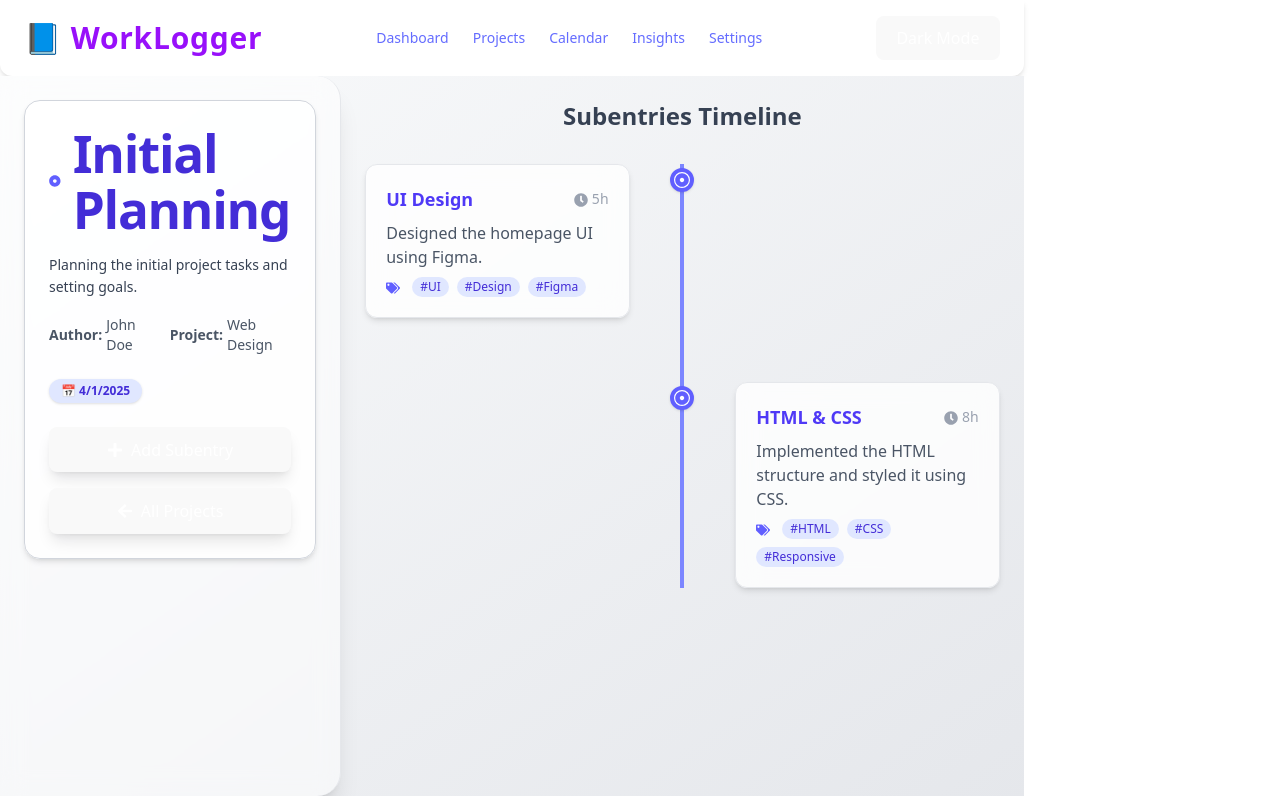
Repository: mohitagrawal0412/Workify
Page: /entryDetails (app in client/)
These files come from the project's save history. The page is drawn as it stood at one moment and after the next save; the edit follows.
The browser window is 1280 px wide. The pictures show the whole page.
The project was rebuilt for these pictures with package versions that can differ from the ones it lists, and the page was loaded fresh each time. Also part of the build but not shown: client/vite.config.js, client/src/Components/Dashboard/Dashboard.jsx, client/src/Components/Dashboard/AllProjects.jsx, client/src/Components/Dashboard/ProjectDetails.jsx, client/src/Components/Dashboard/SubEntryDetails.jsx.

Above is the page before, as saved 2025-04-15 13:54:49.

### client/src/App.jsx
import './App.css';
import { BrowserRouter as Router, Routes, Route } from 'react-router-dom';
import Navbar from './Components/Dashboard/Navbar.jsx'; // Import Navbar component
import Dashboard from './Components/Dashboard/Dashboard';
import AllProjects from './Components/Dashboard/AllProjects'; // Adjust path as needed
import ProjectDetails from './Components/Dashboard/ProjectDetails'; // Add this import for the project details page
import EntryDetails from './Components/Dashboard/EntryDetails'; // Add this import for the entry details page
import SubEntryDetails from './Components/Dashboard/SubEntryDetails';

function App() {
  return (
    <Router>
      {/* Navbar will be displayed across all pages */}
      <Navbar />

      <Routes>
        {/* Route for Dashboard */}
        <Route path="/" element={<Dashboard />} />

        {/* Route for All Projects */}
        <Route path="/projects" element={<AllProjects />} />

        {/* Route for Project Details, assuming we are passing projectId */}
        <Route path="/projectDetails" element={<ProjectDetails />} />

        {/* Route for Entry Details, assuming we are passing entryId */}
        <Route path="/entryDetails" element={<EntryDetails />} />

        {/* Route for SubEntryDetails */}
        <Route path="/SubEntryDetails" element={<SubEntryDetails />} />
      </Routes>
    </Router>
  );
}

export default App;

### client/src/Components/Dashboard/Navbar.jsx
import React, { useState, useEffect } from "react";
import { Link } from "react-router-dom";

const Navbar = () => {
  // State to track dark mode
  const [darkMode, setDarkMode] = useState(false);

  // Toggle dark mode
  const toggleDarkMode = () => {
    setDarkMode(!darkMode);
  };

  // Apply dark mode class to the body
  useEffect(() => {
    if (darkMode) {
      document.body.classList.add("dark");
    } else {
      document.body.classList.remove("dark");
    }
  }, [darkMode]);

  return (
    <nav className="bg-white dark:bg-gray-900 shadow-md px-6 py-4 flex flex-col sm:flex-row sm:items-center sm:justify-between gap-4 rounded-b-xl">
      {/* Logo */}
      <div className="flex items-center space-x-2">
        <span className="text-purple-600 dark:text-purple-400 text-3xl font-extrabold tracking-wide transform hover:scale-105 transition-transform">
          📘 WorkLogger
        </span>
      </div>

      {/* Navigation Links */}
      <div className="flex flex-wrap gap-6 text-gray-700 dark:text-gray-300 text-sm font-medium justify-center sm:justify-start">
        <Link
          to="/"
          className="hover:text-purple-600 dark:hover:text-purple-400 transition-colors duration-300"
        >
          Dashboard
        </Link>
        <Link
          to="/projects"
          className="hover:text-purple-600 dark:hover:text-purple-400 transition-colors duration-300"
        >
          Projects
        </Link>
        <Link
          to="/calendar"
          className="hover:text-purple-600 dark:hover:text-purple-400 transition-colors duration-300"
        >
          Calendar
        </Link>
        <Link
          to="/insights"
          className="hover:text-purple-600 dark:hover:text-purple-400 transition-colors duration-300"
        >
          Insights
        </Link>
        <Link
          to="/settings"
          className="hover:text-purple-600 dark:hover:text-purple-400 transition-colors duration-300"
        >
          Settings
        </Link>
      </div>

      {/* Dark Mode Toggle */}
      <div className="flex justify-center sm:justify-end mt-4 sm:mt-0">
        <button
          onClick={toggleDarkMode}
          className="bg-purple-600 hover:bg-purple-700 text-white px-6 py-2 rounded-lg text-sm font-medium focus:outline-none transform hover:scale-105 transition-all duration-200"
        >
          {darkMode ? "Light Mode" : "Dark Mode"}
        </button>
      </div>
    </nav>
  );
};

export default Navbar;

### client/src/Components/Dashboard/EntryDetails.jsx
import React from "react";
import { useNavigate } from "react-router-dom";
import {
    FaDotCircle,
    FaClock,
    FaTags,
    FaPlus,
    FaArrowLeft
} from "react-icons/fa";

const EntryDetails = () => {
    const navigate = useNavigate();

    const handleEntryClick = (subentry) => {
        navigate("/subEntryDetails", { state: { subentry } });
    };

    const handleAddSubentry = () => {
        // Logic to navigate to the page where you can add a new subentry
        navigate("/addSubentry"); // Update the path based on your routing structure
    };

    const handleGoToAllProjects = () => {
        // Navigate back to the all projects page
        navigate("/projects"); // Update this based on your routing structure
    };

    const entry = {
        title: "Initial Planning",
        description: "Planning the initial project tasks and setting goals.",
        date: "2025-04-01",
        subentries: [
            {
                workTitle: "UI Design",
                description: "Designed the homepage UI using Figma.",
                whatLearned: "Learned Figma and design principles for web.",
                tags: ["UI", "Design", "Figma"],
                notes: "Worked with the design team to finalize UI components.",
                attachments: ["https://figma.com/design-url", "homepage_mockup.png"],
                spentTime: 5,
            },
            {
                workTitle: "HTML & CSS",
                description: "Implemented the HTML structure and styled it using CSS.",
                whatLearned: "Improved HTML and CSS skills, including responsive design.",
                tags: ["HTML", "CSS", "Responsive"],
                notes: "Ensured compatibility across different browsers.",
                attachments: ["html_code_snippet.txt", "css_code_snippet.css"],
                spentTime: 8,
            },
        ],
    };

    return (
        <div className="h-screen flex overflow-hidden bg-gradient-to-br from-gray-50 to-gray-200">
            {/* Left Panel */}
            <div className="w-full lg:w-1/3 sticky top-0 h-screen overflow-y-auto p-6 bg-white/50 backdrop-blur-md border-r border-gray-200 shadow-xl rounded-r-3xl transition-all duration-500 ease-in-out">
                <div className="p-6 bg-white/80 border border-gray-300 rounded-2xl shadow-md">
                    {/* Title with Icon */}
                    <div className="flex items-center gap-3 mb-4">
                        <FaDotCircle className="text-indigo-500 text-xl" />
                        <h1 className="text-3xl font-extrabold text-indigo-700 tracking-tight">
                            {entry.title}
                        </h1>
                    </div>

                    {/* Description */}
                    <p className="text-gray-700 mb-4 text-sm leading-relaxed">
                        {entry.description}
                    </p>

                    {/* Author / Project Meta */}
                    <div className="flex items-center gap-4 text-sm text-gray-600 mt-4">
                        <div className="flex items-center gap-1">
                            <span className="font-semibold">Author:</span> John Doe
                        </div>
                        <div className="flex items-center gap-1">
                            <span className="font-semibold">Project:</span> Web Design
                        </div>
                    </div>

                    {/* Date Badge */}
                    <div className="mt-6 flex items-center gap-2">
                        <span className="inline-block px-3 py-1 bg-indigo-100 text-indigo-700 text-xs font-semibold rounded-full shadow-sm">
                            📅 {new Date(entry.date).toLocaleDateString()}
                        </span>
                    </div>

                    {/* Buttons */}
                    <div className="mt-6 flex flex-col gap-4">
                        <button
                            onClick={handleAddSubentry}
                            className="w-full flex items-center justify-center gap-2 bg-indigo-600 text-white rounded-lg p-2 shadow-lg hover:bg-indigo-700 transition duration-300"
                        >
                            <FaPlus className="text-white" />
                            Add Subentry
                        </button>
                        <button
                            onClick={handleGoToAllProjects}
                            className="w-full flex items-center justify-center gap-2 bg-gray-600 text-white rounded-lg p-2 shadow-lg hover:bg-gray-700 transition duration-300"
                        >
                            <FaArrowLeft className="text-white" />
                            All Projects
                        </button>
                    </div>
                </div>
            </div>

            {/* Right Panel */}
            <div className="w-2/3 p-6 overflow-y-auto h-screen">
                <h2 className="text-2xl font-semibold text-gray-700 mb-8 text-center">
                    Subentries Timeline
                </h2>

                <div className="relative">
                    {/* Vertical line */}
                    <div className="absolute left-1/2 transform -translate-x-1/2 h-full border-l-4 border-indigo-400"></div>

                    <div className="space-y-16">
                        {entry.subentries.map((sub, index) => {
                            const isLeft = index % 2 === 0;
                            return (
                                <div
                                    key={index}
                                    className={`relative flex ${isLeft ? "justify-start" : "justify-end"} w-full`}
                                    onClick={() => handleEntryClick(sub)}
                                >
                                    {/* Timeline Dot */}
                                    <div className="absolute top-1 left-1/2 transform -translate-x-1/2 z-10">
                                        <div className="w-6 h-6 bg-white border-4 border-indigo-500 rounded-full flex items-center justify-center shadow">
                                            <FaDotCircle className="text-indigo-500 text-sm" />
                                        </div>
                                    </div>

                                    {/* Card */}
                                    <div
                                        className={`w-5/12 p-5 bg-white/80 backdrop-blur-md border border-gray-200 rounded-xl shadow-md hover:shadow-xl transition-all duration-300 cursor-pointer ${isLeft ? "mr-auto" : "ml-auto"
                                            }`}
                                    >
                                        <div className="flex justify-between items-center mb-2">
                                            <h3 className="text-lg font-semibold text-indigo-600">
                                                {sub.workTitle}
                                            </h3>
                                            <span className="text-sm text-gray-400">
                                                <FaClock className="inline mr-1" />
                                                {sub.spentTime}h
                                            </span>
                                        </div>

                                        <p className="text-gray-600 mb-2">{sub.description}</p>

                                        {sub.tags?.length > 0 && (
                                            <div className="text-sm text-gray-700 flex flex-wrap gap-2">
                                                <FaTags className="text-indigo-500 mt-1 mr-1" />
                                                {sub.tags.map((tag, i) => (
                                                    <span
                                                        key={i}
                                                        className="bg-indigo-100 text-indigo-700 px-2 py-0.5 rounded-full text-xs"
                                                    >
                                                        #{tag}
                                                    </span>
                                                ))}
                                            </div>
                                        )}
                                    </div>
                                </div>
                            );
                        })}
                    </div>
                </div>
            </div>
        </div>
    );
};

export default EntryDetails;

Loaded but not shown: client/index.html (common file); client/src/main.jsx (common file); client/src/index.css (common file); client/src/App.css (common file)

After the next save:
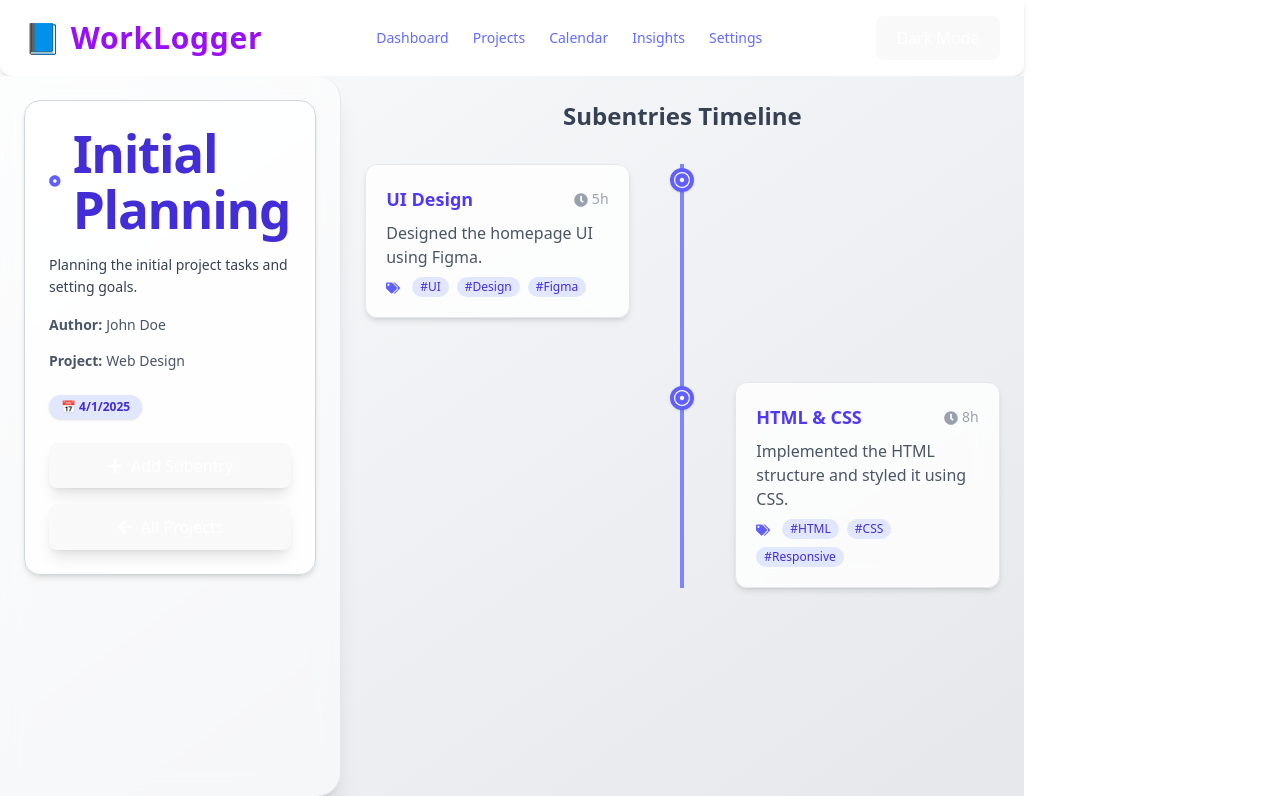
Saved 80 s later.
--- a/client/src/Components/Dashboard/EntryDetails.jsx
+++ b/client/src/Components/Dashboard/EntryDetails.jsx
@@ -16,13 +16,11 @@ const EntryDetails = () => {
     };
 
     const handleAddSubentry = () => {
-        // Logic to navigate to the page where you can add a new subentry
-        navigate("/addSubentry"); // Update the path based on your routing structure
+        navigate("/addSubentry");
     };
 
     const handleGoToAllProjects = () => {
-        // Navigate back to the all projects page
-        navigate("/projects"); // Update this based on your routing structure
+        navigate("/projects");
     };
 
     const entry = {
@@ -52,11 +50,10 @@ const EntryDetails = () => {
     };
 
     return (
-        <div className="h-screen flex overflow-hidden bg-gradient-to-br from-gray-50 to-gray-200">
+        <div className="min-h-screen flex flex-col lg:flex-row overflow-hidden bg-gradient-to-br from-gray-50 to-gray-200">
             {/* Left Panel */}
-            <div className="w-full lg:w-1/3 sticky top-0 h-screen overflow-y-auto p-6 bg-white/50 backdrop-blur-md border-r border-gray-200 shadow-xl rounded-r-3xl transition-all duration-500 ease-in-out">
+            <div className="w-full lg:w-1/3 lg:sticky top-0 max-h-screen overflow-y-auto p-6 bg-white/50 backdrop-blur-md border-b lg:border-b-0 lg:border-r border-gray-200 shadow-xl lg:rounded-r-3xl transition-all duration-500 ease-in-out">
                 <div className="p-6 bg-white/80 border border-gray-300 rounded-2xl shadow-md">
-                    {/* Title with Icon */}
                     <div className="flex items-center gap-3 mb-4">
                         <FaDotCircle className="text-indigo-500 text-xl" />
                         <h1 className="text-3xl font-extrabold text-indigo-700 tracking-tight">
@@ -64,13 +61,11 @@ const EntryDetails = () => {
                         </h1>
                     </div>
 
-                    {/* Description */}
                     <p className="text-gray-700 mb-4 text-sm leading-relaxed">
                         {entry.description}
                     </p>
 
-                    {/* Author / Project Meta */}
-                    <div className="flex items-center gap-4 text-sm text-gray-600 mt-4">
+                    <div className="flex items-center gap-4 text-sm text-gray-600 mt-4 flex-wrap">
                         <div className="flex items-center gap-1">
                             <span className="font-semibold">Author:</span> John Doe
                         </div>
@@ -79,14 +74,12 @@ const EntryDetails = () => {
                         </div>
                     </div>
 
-                    {/* Date Badge */}
                     <div className="mt-6 flex items-center gap-2">
                         <span className="inline-block px-3 py-1 bg-indigo-100 text-indigo-700 text-xs font-semibold rounded-full shadow-sm">
                             📅 {new Date(entry.date).toLocaleDateString()}
                         </span>
                     </div>
 
-                    {/* Buttons */}
                     <div className="mt-6 flex flex-col gap-4">
                         <button
                             onClick={handleAddSubentry}
@@ -107,13 +100,12 @@ const EntryDetails = () => {
             </div>
 
             {/* Right Panel */}
-            <div className="w-2/3 p-6 overflow-y-auto h-screen">
+            <div className="w-full lg:w-2/3 p-6 overflow-y-auto">
                 <h2 className="text-2xl font-semibold text-gray-700 mb-8 text-center">
                     Subentries Timeline
                 </h2>
 
                 <div className="relative">
-                    {/* Vertical line */}
                     <div className="absolute left-1/2 transform -translate-x-1/2 h-full border-l-4 border-indigo-400"></div>
 
                     <div className="space-y-16">
@@ -125,16 +117,14 @@ const EntryDetails = () => {
                                     className={`relative flex ${isLeft ? "justify-start" : "justify-end"} w-full`}
                                     onClick={() => handleEntryClick(sub)}
                                 >
-                                    {/* Timeline Dot */}
                                     <div className="absolute top-1 left-1/2 transform -translate-x-1/2 z-10">
                                         <div className="w-6 h-6 bg-white border-4 border-indigo-500 rounded-full flex items-center justify-center shadow">
                                             <FaDotCircle className="text-indigo-500 text-sm" />
                                         </div>
                                     </div>
 
-                                    {/* Card */}
                                     <div
-                                        className={`w-5/12 p-5 bg-white/80 backdrop-blur-md border border-gray-200 rounded-xl shadow-md hover:shadow-xl transition-all duration-300 cursor-pointer ${isLeft ? "mr-auto" : "ml-auto"
+                                        className={`w-5/6 md:w-5/12 p-5 bg-white/80 backdrop-blur-md border border-gray-200 rounded-xl shadow-md hover:shadow-xl transition-all duration-300 cursor-pointer ${isLeft ? "mr-auto" : "ml-auto"
                                             }`}
                                     >
                                         <div className="flex justify-between items-center mb-2">
